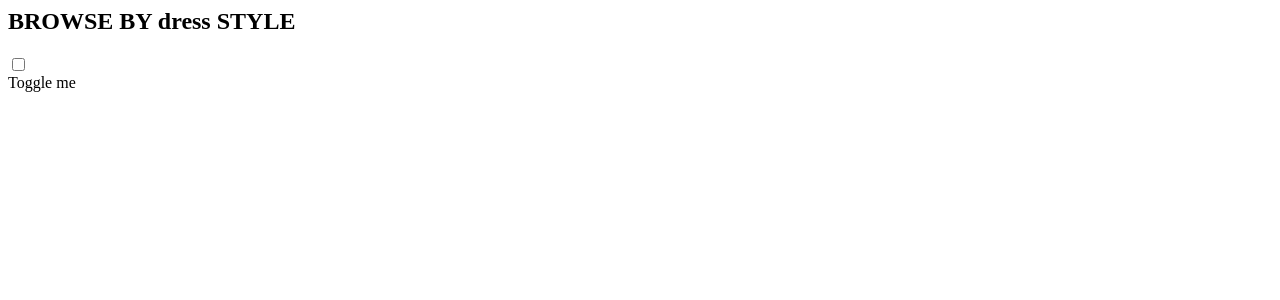
Repository: jekakoba/shop-co
Page: src/html/components/browse/_browse.html
An editor plug-in stored every save of this project. The page is shown before and after the next save, followed by the edit.
The browser window is 1280 px wide. The pictures show the whole page.

Above is the page before, as saved 2025-03-04 19:01:56.

After the next save:
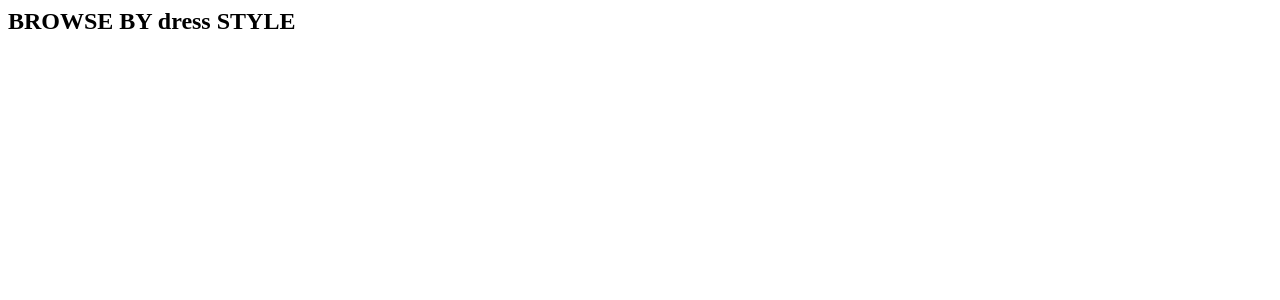
Saved 46 s later.
--- a/src/html/components/browse/_browse.html
+++ b/src/html/components/browse/_browse.html
@@ -1,12 +1,5 @@
 <section class="">
-	<h2 class="text-center font-bold font-f-secondary leading-none">BROWSE BY dress STYLE</h2>
-
-	<label class="inline-flex items-center cursor-pointer">
-		<input type="checkbox" value="" class="sr-only peer">
-		<div
-			class="relative w-11 h-6 bg-gray-200 peer-focus:outline-none peer-focus:ring-4 peer-focus:ring-blue-300 dark:peer-focus:ring-blue-800 rounded-full peer dark:bg-gray-700 peer-checked:after:translate-x-full rtl:peer-checked:after:-translate-x-full peer-checked:after:border-white after:content-[''] after:absolute after:top-[2px] after:start-[2px] after:bg-white after:border-gray-300 after:border after:rounded-full after:h-5 after:w-5 after:transition-all dark:border-gray-600 peer-checked:bg-blue-600 dark:peer-checked:bg-blue-600">
-		</div>
-		<span class="ms-3 text-sm font-medium text-gray-900 dark:text-gray-300">Toggle me</span>
-	</label>
-
+	<div class="container">
+		<h2 class="text-center font-bold font-f-secondary leading-none">BROWSE BY dress STYLE</h2>
+	</div>
 </section>
